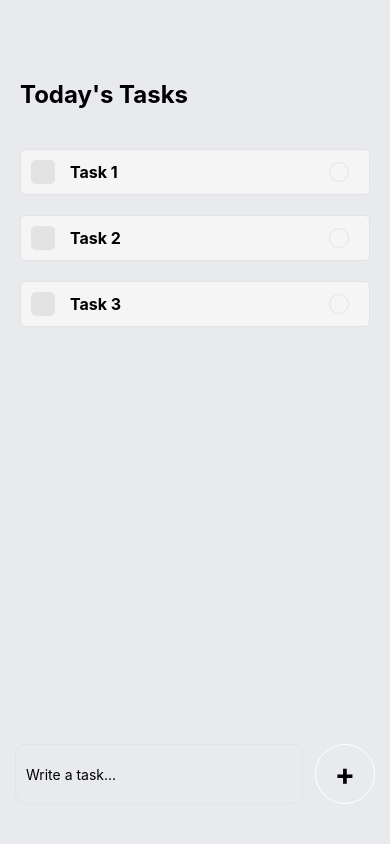
Repository: lomelo-x/ToDo-App
Screen: /
The author's editor kept a copy of each file at every save. The screen is drawn from the files as they stood at one save, then again after the next save.
The app was drawn by React Native's web renderer in a window 390 px wide. The project was rebuilt for these pictures with package versions that can differ from the ones it lists, and the page was loaded fresh each time.

Above is the screen before, as saved 2022-06-17 21:35:30.

After the next save:
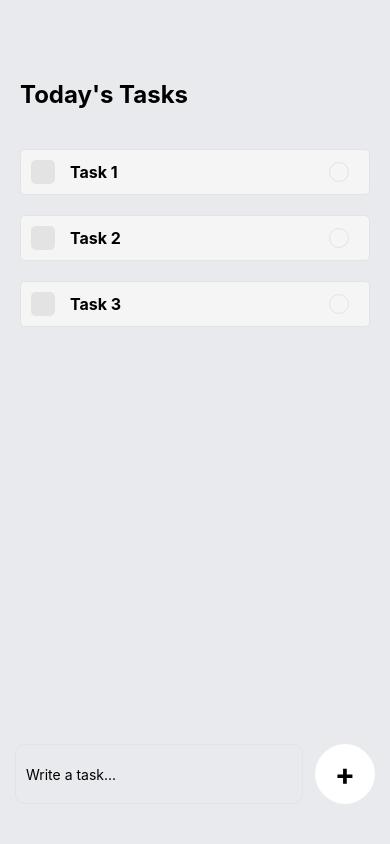
Saved 6 s later.
--- a/App.js
+++ b/App.js
@@ -66,7 +66,7 @@ writeTaskInput: {
 		height: 60,
 	},
 addTaskButton: {
-		backgroundColor: '#E8EAED',
+		backgroundColor: '#fff',
 		borderRadius: 50,
 		borderWidth: 1,
 		borderColor: '#fff',
